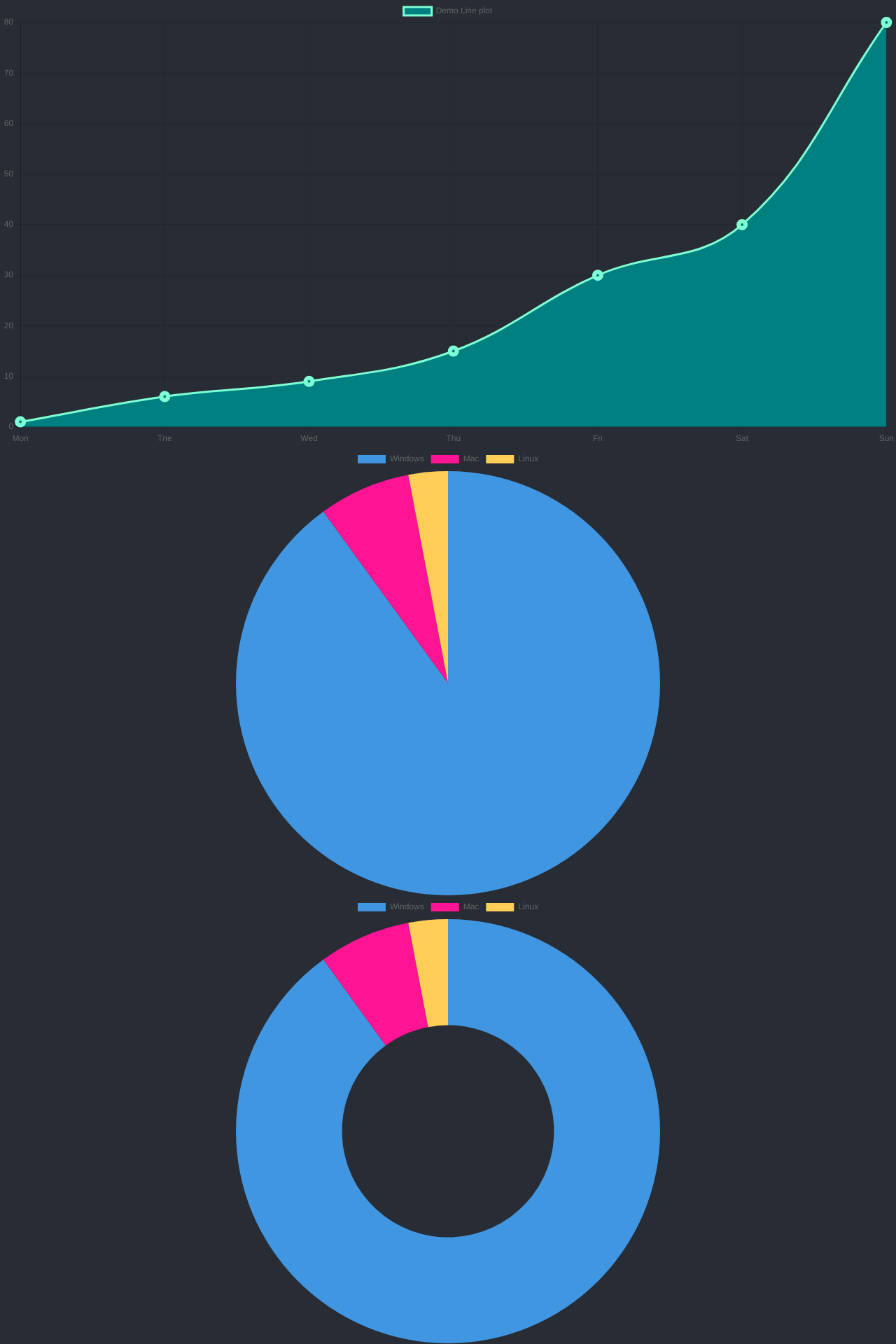
Repository: ShunsukeTanizaki/COVID19-Live
Page: /
The author's editor kept a copy of each file at every save. The page is drawn from the files as they stood at one save, then again after a run of saves.
The browser window is 1280 px wide. The pictures show the part of the page from y = 0 to 1920 px (the page is 4480 px tall before and 720 px after), at 70% of full size.
The project was rebuilt for these pictures with package versions that can differ from the ones it lists, and the page was loaded fresh each time.

Above is the page before, as saved 2020-11-07 23:00:55.

After the next 2 saves:
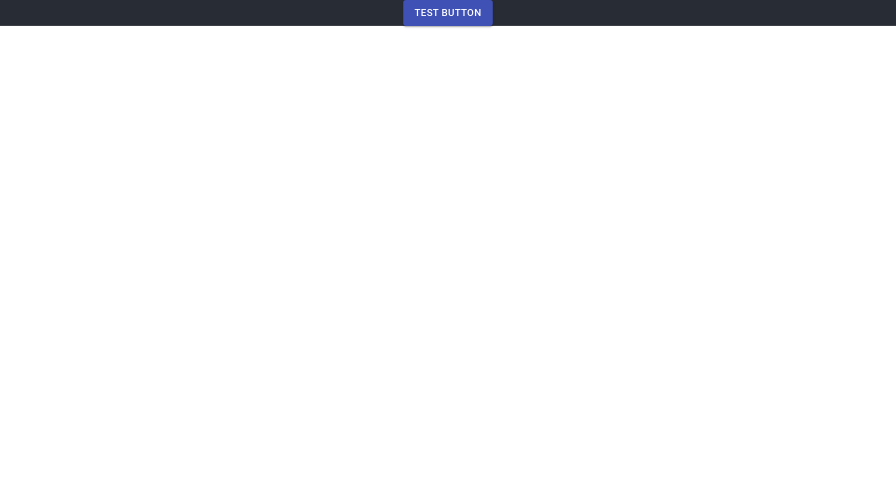
The 2 saves are shown as one change because 1 did not build or start.
The last was saved 63 s later.
--- a/src/App.tsx
+++ b/src/App.tsx
@@ -6,15 +6,18 @@ import PiePlot from "./components/PiePlot";
 import BarPlot from "./components/BarPlot";
 import RaderPlot from "./components/RaderPlot";
 import BubblePlot from "./components/BubblePlot";
+import MaterialUI from "./components/MaterialUI ";
 
 function App() {
     return (
         <div className="App">
-            <LinePlot />
+            {/* <LinePlot />
             <PiePlot />
             <BarPlot />
             <RaderPlot />
-            <BubblePlot />
+            <BubblePlot /> */}
+
+            <MaterialUI />
         </div>
     );
 }
